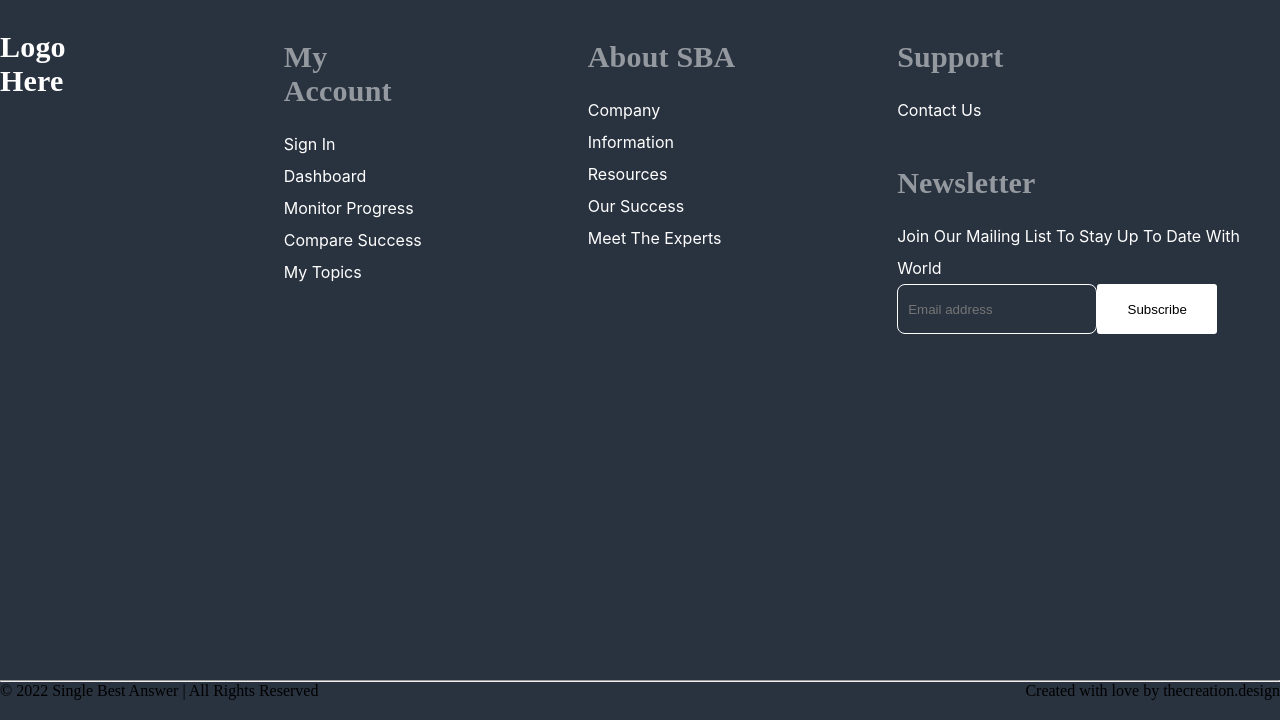
Repository: FaridRustamov09/Final-Task
Page: Pages/connectionPage/index.html
The author's editor kept a copy of each file at every save. The page is drawn from the files as they stood at one save, then again after the next save.
The browser window is 1280 px wide. The pictures show the whole page.
The style sheet was rebuilt from its Sass, Less or Tailwind sources for each picture, by a compiler version that may differ from the author's.

Above is the page before, as saved 2024-07-14 20:55:42.

After the next save:
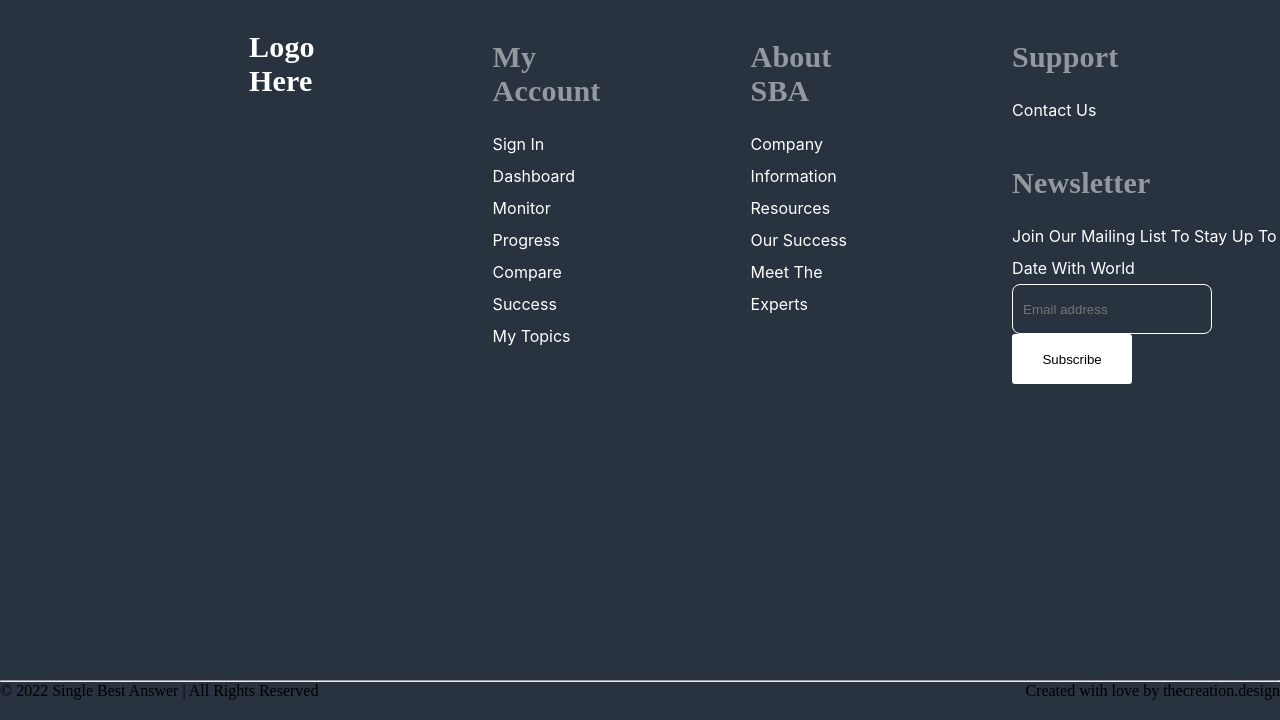
Saved 4 s later.
--- a/Pages/connectionPage/index.scss
+++ b/Pages/connectionPage/index.scss
@@ -10,7 +10,7 @@
   /* padding: 0 50px; */
   position: relative;
   .helper-box {
-
+    padding-left: 249px;
     display: flex;
     b {
       color: var(--White, #fff);
